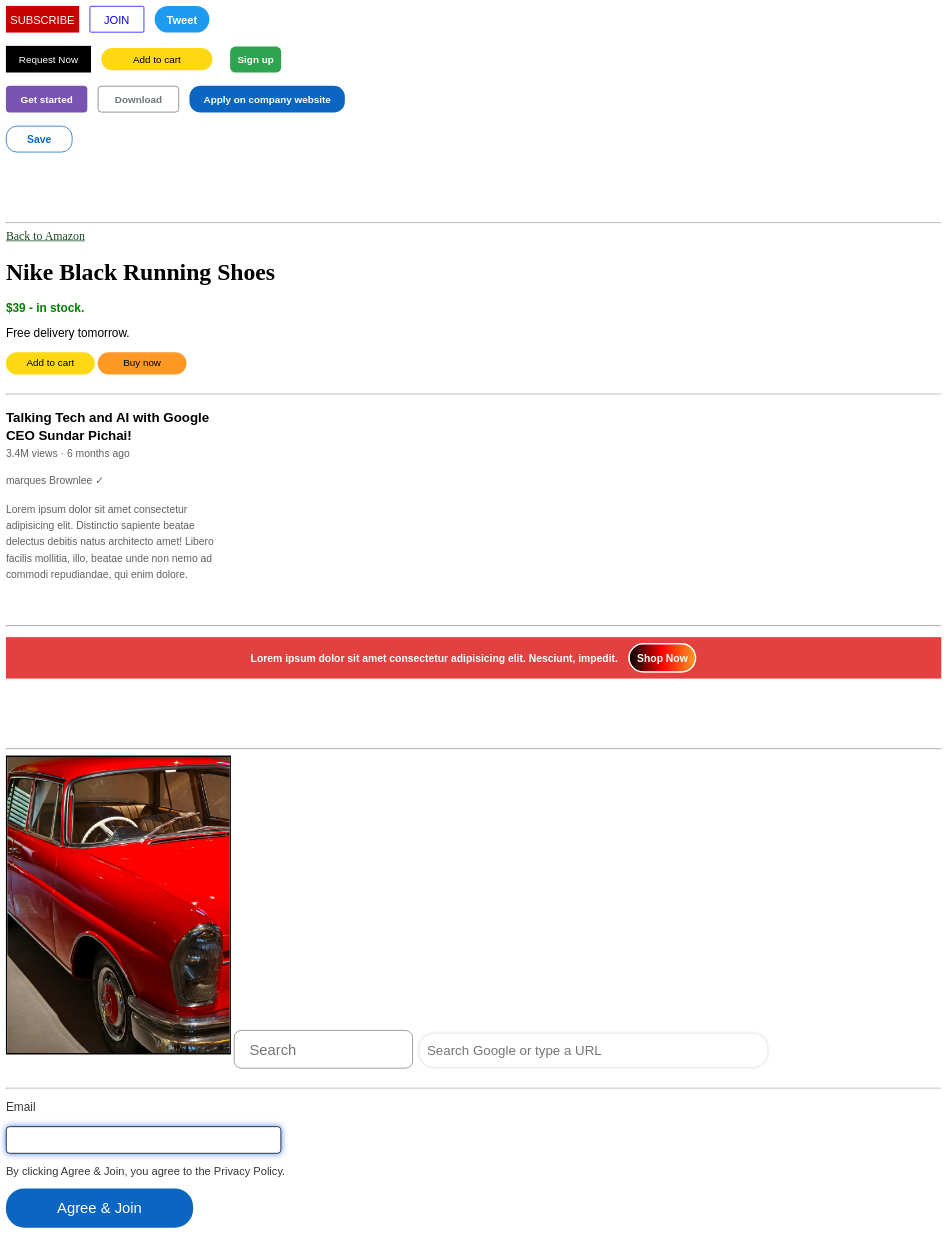
Repository: Yeyolive/WebDev_Collab_2025
Page: Basic_Projects/HTML-CSS course/into-to-html/index.html
The author's editor kept a copy of each file at every save. The page is drawn from the files as they stood at one save, then again after the next save.
The browser window is 1280 px wide. The pictures show the whole page, at 74% of full size.
The first visible `.email-input` has the focus.

Above is the page before, as saved 2025-11-23 23:57:50.

### Basic_Projects/HTML-CSS course/into-to-html/index.html
<!DOCTYPE html>
<html lang="en">
  <head>
    <meta charset="UTF-8" />
    <meta http-equiv="X-UA-Compatible" content="IE=edge" />
    <!-- Ensures compatibility with Internet Explorer -->
    <meta name="viewport" content="width=device-width, initial-scale=1.0" />
    <title>HTML-CSS Course</title>
    <link rel="stylesheet" href="styles.css" />
  </head>

  <body>
    <!-- Buttons section-->
    <button class="subscribe">SUBSCRIBE</button>

    <button class="join">JOIN</button>

    <button class="tweet">Tweet</button>
    <br /><br />
    <button class="uber">Request Now</button>

    <button class="Amazon">Add to cart</button>

    <button class="Github">Sign up</button>
    <br /><br />
    <button class="Bootstrap-1">Get started</button>
    <button class="Bootstrap-2">Download</button>

    <button class="Linkedin-1">Apply on company website</button>
    <br /><br />
    <button class="Linkedin-2">Save</button>
    <br /><br /><br />
    <hr />
    <a href="#">Back to Amazon</a>
    <br />
    <h1>Nike Black Running Shoes</h1>
    <p class="price">$39 - in stock.</p>

    <p>Free delivery tomorrow.</p>

    <button class="Amazon-1">Add to cart</button>
    <button class="Amazon-2">Buy now</button>
    <br /><br />
    <hr />
    <!-- Texts section-->
    <p class="video-title">
      Talking Tech and AI with Google CEO Sundar Pichai!
    </p>

    <p class="video-stats">3.4M views &#183; 6 months ago</p>
    <p class="video-author">marques Brownlee &#10003;</p>
    <p class="video-description">
      Lorem ipsum dolor sit amet consectetur adipisicing elit. Distinctio
      sapiente beatae delectus debitis natus architecto amet! Libero facilis
      mollitia, illo, beatae unde non nemo ad commodi repudiandae, qui enim
      dolore.
    </p>
    <br /><br />
    <hr />
    <p class="apple-text">
      Lorem ipsum dolor sit amet consectetur adipisicing elit. Nesciunt,
      impedit. <span class="span-example">Shop Now</span>
    </p>
    <br /><br />
    <hr />
    <!-- Images -->
    <img src="images/pexels-fx-ambro-436492281-34879476.jpg" alt="Car" />

    <input class="search-bar" type="text" placeholder="Search" />

    <input
      class="search-bar-2"
      type="text"
      placeholder="Search Google or type a URL"
    />

    <br /><br />
    <hr />
    <!-- Input field -->
    <p class="email-p1">Email</p>
    <input class="email-input" type="email" />

    <p class="email-p2">
      By clicking Agree & Join, you agree to the Privacy Policy.
    </p>

    <button class="agree-and-join">Agree & Join</button>
  </body>
</html>

### Basic_Projects/HTML-CSS course/into-to-html/styles.css
/* === buttons === */
.subscribe {
  border: none;
  height: 36px;
  background: rgb(200, 0, 0);
  color: white;
  font-size: 15px;
  cursor: pointer;
  margin-right: 10px;
  transition: opacity 0.3s;
}

.subscribe:hover {
  opacity: 0.7;
}

.subscribe:active {
  opacity: 0.6;
}

.join {
  border: 1px solid blue;
  height: 36px;
  width: 74px;
  color: blue;
  font-size: 15px;
  background: white;
  border-radius: 2px;
  cursor: pointer;
  margin-right: 10px;
  transition: background-color 0.4s, color 0.4s;
}

.join:hover {
  background: blue;
  color: white;
}

.join:active {
  opacity: 0.7;
}

.tweet {
  border: none;
  border-radius: 18px;
  height: 36px;
  width: 74px;
  background: #1d9bf0;
  color: white;
  cursor: pointer;
  font-weight: bold;
  font-size: 15px;
  transition: background-color 0.4s, color 0.4s;
}

.tweet:hover {
  box-shadow: 5px 5px 10px rgba(0, 0, 0, 0.414);
}

.uber {
  background: black;
  color: white;
  border: none;
  height: 36px;
  width: 115px;
  cursor: pointer;
  transition: background-color 0.4s, color 0.4s;
}

.uber:hover {
  opacity: 0.7;
}

.Amazon {
  background: rgb(255, 216, 20);
  color: rgb(0, 0, 0);
  border: none;
  border-radius: 18px;
  height: 30px;
  width: 150px;
  margin-left: 10px;
  margin-right: 10px;
  cursor: pointer;
  transition: background-color 0.4s, color 0.4s;
}

.Amazon:hover {
  background: rgb(255, 153, 36);
}

.Github {
  background: rgb(46, 164, 79);
  color: white;
  border: none;
  padding-left: 10px;
  padding-right: 10px;
  padding-top: 10px;
  padding-bottom: 10px;
  margin-left: 10px;
  margin-right: 10px;
  border-radius: 7px;
  font-weight: bold;
  cursor: pointer;
  transition: padding 0.15s, margin 0.15s, background-color 0.4s, color 0.4s;
}

.Github:hover {
  background: rgb(36, 124, 59);
  padding-left: 25px;
  padding-right: 25px;
  margin-left: 0px;
  margin-right: 0px;
}

.Bootstrap-1 {
  background: rgb(121, 82, 179);
  color: white;
  border: none;
  border-radius: 5px;
  height: 36px;
  width: 110px;
  font-weight: bold;
  margin-right: 10px;
  cursor: pointer;
  transition: background-color 0.4s, color 0.4s;
}

.Bootstrap-1:hover {
  background: rgb(51, 26, 88);
}
.Bootstrap-2 {
  background: white;
  color: rgb(108, 117, 125);
  font-weight: bold;
  border: 1px solid rgb(108, 117, 125);
  height: 36px;
  width: 110px;
  border-radius: 5px;
  margin-right: 10px;
  cursor: pointer;
  transition: background-color 0.4s, color 0.4s;
}
.Bootstrap-2:hover {
  background: rgb(108, 117, 125);
  color: white;
  width: 130px;
}

.Linkedin-1 {
  background: rgb(10, 102, 194);
  color: white;
  border: none;
  border-radius: 15px;
  font-weight: bold;
  height: 36px;
  width: 210px;
  cursor: pointer;
  transition: background-color 0.4s, color 0.4s;
}

.Linkedin-1:hover {
  background: rgb(6, 61, 116);
}

.Linkedin-2 {
  background: white;
  color: rgb(10, 102, 194);
  font-weight: bold;
  border: 1px solid rgb(10, 102, 194);
  height: 36px;
  width: 90px;
  border-radius: 15px;
  cursor: pointer;
  font-size: 14px;
  margin-bottom: 50px;
  transition: background-color 0.4s, color 0.4s;
}

.Linkedin-2:hover {
  background: rgba(55, 146, 250, 0.307);
  color: rgb(10, 102, 194);
  border: 1px solid rgb(10, 102, 194);
}

a {
  color: rgb(22, 75, 33);
}

a:hover {
  text-decoration: none;
  color: rgb(30, 255, 0);
}

.Amazon-1 {
  background: rgb(255, 216, 20);
  color: rgb(0, 0, 0);
  border: none;
  border-radius: 18px;
  height: 30px;
  width: 120px;
  cursor: pointer;
  transition: background-color 0.4s, color 0.4s;
}
.Amazon-1:hover {
  background: rgb(255, 153, 36);
  margin-right: 20px;
  border-top-right-radius: 25px;
}

.Amazon-2 {
  background: rgb(255, 153, 36);
  color: rgb(0, 0, 0);
  border: none;
  border-radius: 18px;
  height: 30px;
  width: 120px;
  cursor: pointer;
  transition: background-color 0.4s, color 0.4s;
}
.Amazon-2:hover {
  background: rgb(255, 216, 20);
  margin-left: 20px;
  border-top-left-radius: 25px;
  border-bottom-right-radius: 25px;
  font-style: italic;
}

.price {
  color: green;
  font-weight: bold;
}

/* === video ===== */

p {
  font-family: Arial, Helvetica, sans-serif;
}
.video-title {
  font-size: 18px;
  font-weight: bold;
  width: 300px;
  line-height: 24px;
  margin-bottom: 5px;
}

.video-stats {
  font-size: 14px;
  color: rgb(96, 96, 96);
  margin-top: 0;
  margin-bottom: 20px;
}

.video-author {
  font-size: 14px;
  color: rgb(96, 96, 96);
  margin-top: 0;
  margin-bottom: 20px;
}

.video-description {
  font-size: 14px;
  color: rgb(96, 96, 96);
  width: 300px;
  line-height: 22px;
  margin-top: 0;
}

.apple-text {
  margin-bottom: 50px;
  font-size: 14px;
  font-weight: bold;
  background-color: rgb(227, 65, 64);
  color: white;
  text-align: center;
  padding: 20px 10px;
}

.span-example {
  color: rgb(255, 255, 255);
  cursor: pointer;
  margin-left: 10px;
  border: 2px solid rgb(255, 255, 255);
  padding: 10px;
  background: linear-gradient(
    to right,
    rgb(0, 0, 0),
    rgb(255, 1, 1),
    rgb(255, 153, 36)
  );
  border-radius: 20px;
}

.span-example:hover {
  opacity: 0.7;
}

.span-example:active {
  opacity: 0.6;
}

/* === images === */

img {
  width: 300px;
  border: 2px solid black;
  object-fit: cover;
  object-position: center;
}

.search-bar {
  width: 200px;
  height: 30px;
  margin-top: 20px;
  font-size: 20px;
  padding: 10px 20px;
  border: 1px solid grey;
  border-radius: 10px;
}

.search-bar-2 {
  width: 450px;
  padding: 12px 10px;
  margin-left: 5px;
  font-size: 18px;
  border: none;
  border-radius: 20px;
  box-shadow: 0px 0px 5px rgba(0, 0, 0, 0.2);
}

.search-bar-2:focus {
  outline: none;
  box-shadow: 0px 0px 8px rgba(0, 85, 255, 0.738);
}

.search-bar-2:hover {
  box-shadow: 0px 0px 8px rgba(0, 85, 255, 0.738);
  cursor: pointer;
}

.email-p1 {
  color: rgb(56, 55, 55);
}

.email-p2 {
  color: rgb(56, 55, 55);
  width: 405px;
  font-size: 15px;
}

.email-input:focus {
  outline: none;
  box-shadow: 0px 0px 8px rgba(0, 85, 255, 0.738);
}
.email-input {
  width: 350px;
  border: 1.5px solid black;
  border-radius: 5px;
  padding: 10px;
  cursor: pointer;
}

.agree-and-join {
  padding: 15px 60px;
  width: 20%;
  font-size: 20px;
  color: white;
  border: none;
  border-radius: 25px;
  background-color: rgb(10, 102, 194);
  cursor: pointer;
  transition: background-color 0.4s, color 0.4s;
}

.agree-and-join:hover {
  background: rgb(6, 61, 116);
}

After the next save:
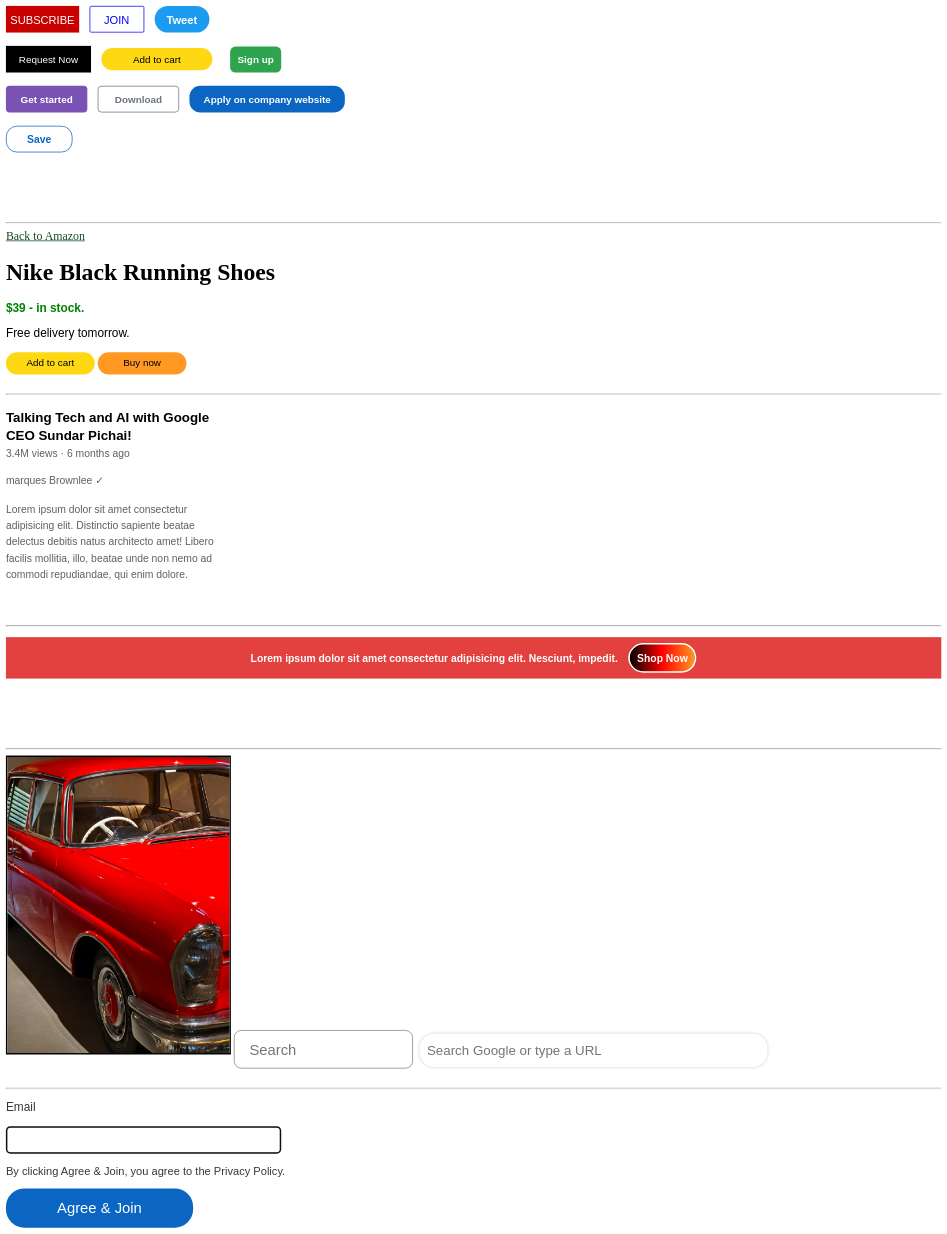
Saved 21 s later.
--- a/Basic_Projects/HTML-CSS course/into-to-html/styles.css
+++ b/Basic_Projects/HTML-CSS course/into-to-html/styles.css
@@ -347,10 +347,6 @@
   font-size: 15px;
 }
 
-.email-input:focus {
-  outline: none;
-  box-shadow: 0px 0px 8px rgba(0, 85, 255, 0.738);
-}
 .email-input {
   width: 350px;
   border: 1.5px solid black;

After the save that followed:
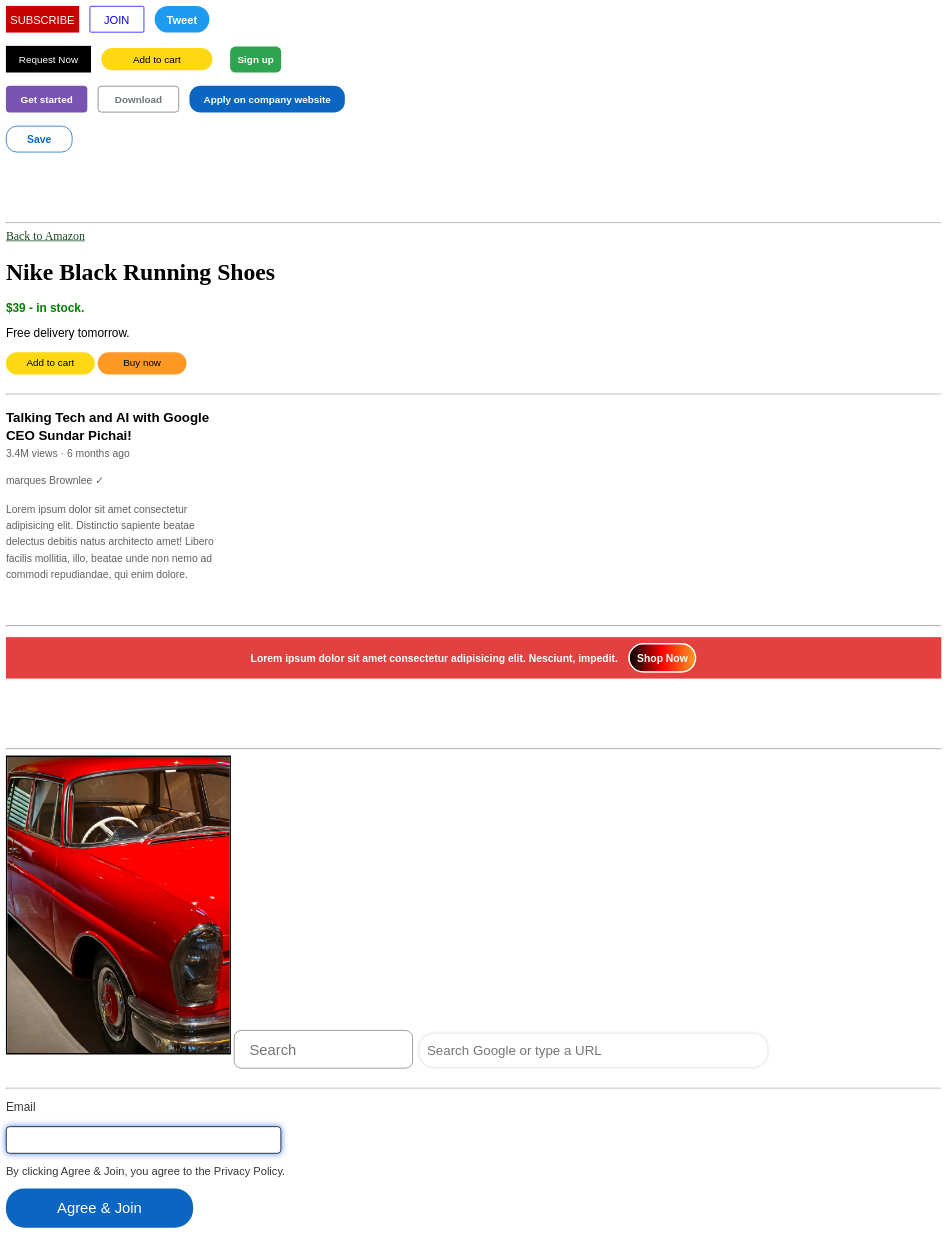
Saved 12 s later.
--- a/Basic_Projects/HTML-CSS course/into-to-html/styles.css
+++ b/Basic_Projects/HTML-CSS course/into-to-html/styles.css
@@ -355,6 +355,11 @@
   cursor: pointer;
 }
 
+.email-input:focus {
+  outline: none;
+  box-shadow: 0px 0px 8px rgba(0, 85, 255, 0.738);
+}
+
 .agree-and-join {
   padding: 15px 60px;
   width: 20%;
